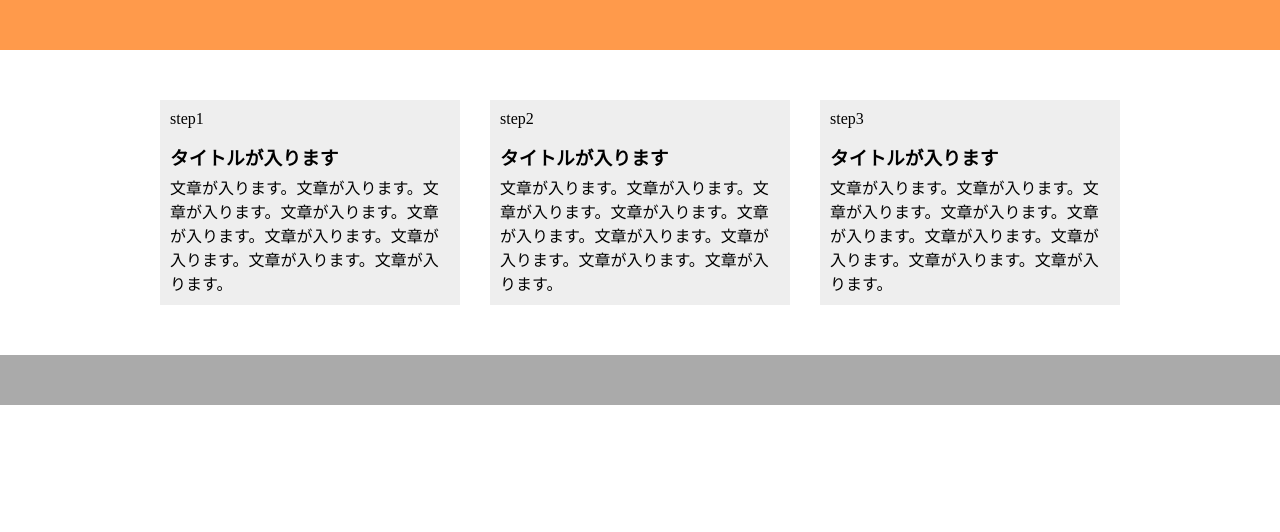
Repository: takuto27/ouyou
Page: chapter9-2_exercise/ensyu9-2.html
The author's editor kept a record of every edit. The page is drawn from the files as they stood at one moment, then again after the next edit.
The browser window is 1280 px wide. The pictures show the whole page.

Above is the page before.

After the next edit:
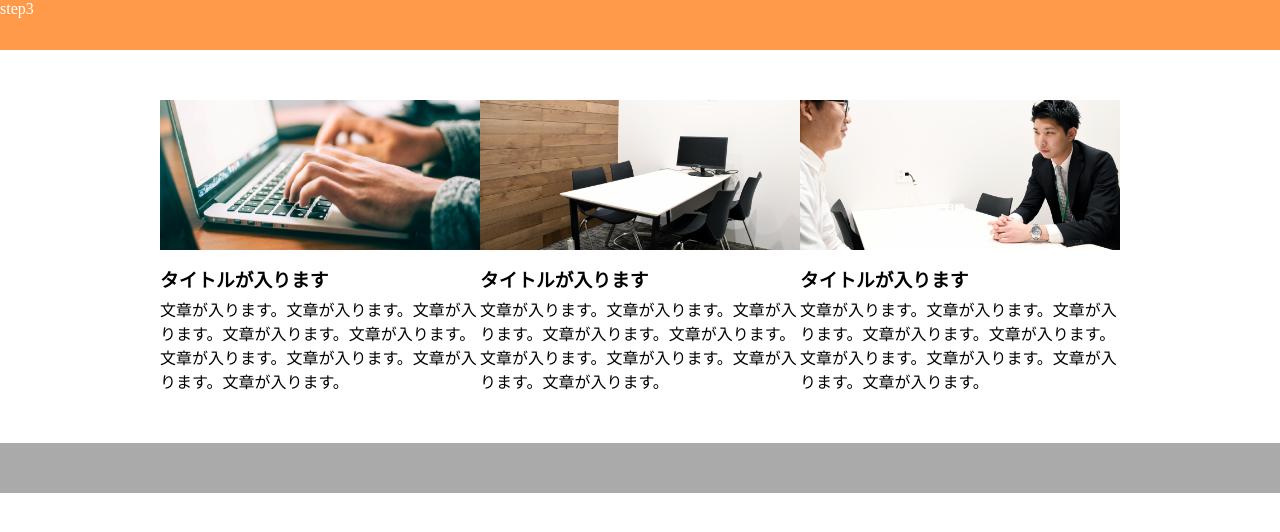
The edit:
--- a/chapter9-2_exercise/ensyu9-2.css
+++ b/chapter9-2_exercise/ensyu9-2.css
@@ -10,49 +10,55 @@
 }
 main {
   width: 960px;
+  margin: 50px auto;
   display: flex;
-  justify-content: center;
-  margin: 0 auto;
-  padding: 50px 0;
 }
-.box {
+
+.step-box {
   width: 300px;
   margin-right: 30px;
   padding: 10px;
   position: relative;
-  background-color: #eeeeee;
+  background-color: #eee;
 }
-.box:last-child {
+
+.step-box:last-child {
   margin-right: 0;
 }
-.image1 {
+
+.step-img1 {
   height: 150px;
-  background-image: url(flow01.png);
+  background-image: url(img/flow01.png);
   background-position: bottom;
   background-size: cover;
 }
-.image2 {
+
+.step-img2 {
   height: 150px;
-  background-image: url(flow02.png);
+  background-image: url(img/flow02.png);
   background-position: bottom;
   background-size: cover;
 }
-.image3 {
+
+.step-img3 {
   height: 150px;
-  background-image: url(flow03.png);
+  background-image: url(img/flow03.png);
   background-position: bottom;
   background-size: cover;
 }
-.category {
-   position: absolute;
+
+.step-num {
+  position: absolute;
   top: 0;
   left: 0;
   background-color: #ff9a4b;
   color: #fff;
 }
+
 .title {
   margin: 15px 0 5px;
 }
+
 footer {
   height: 50px;
   background-color: #aaa;
